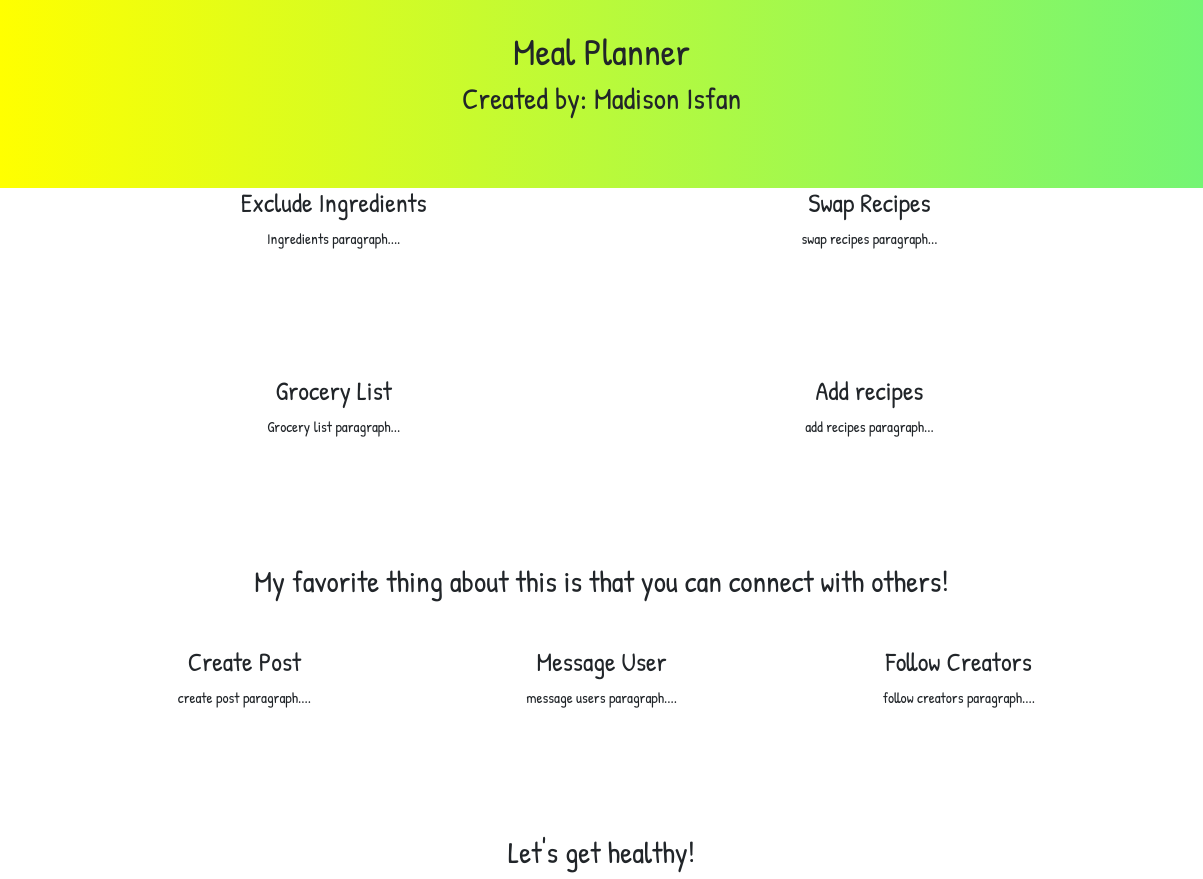
Repository: madisonisfan/Meal-Planner
Page: index.html
These files come from the project's save history. The page is drawn as it stood at one moment and after the next save; the edit follows.
The browser window is 1280 px wide. The pictures show the whole page, at 94% of full size.
Some web libraries are served in a nearby version.

Above is the page before, as saved 2021-02-17 17:28:47.

After the next save:
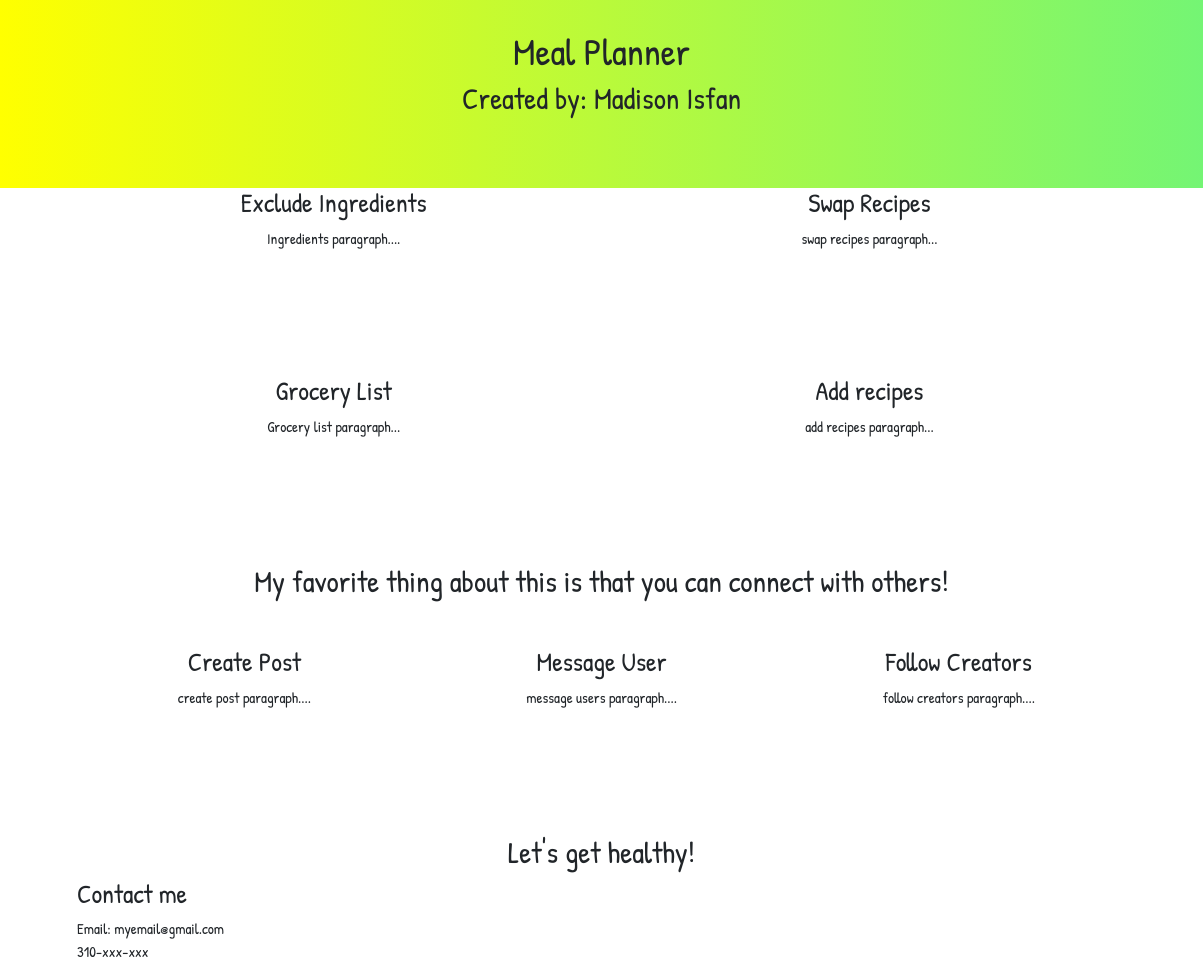
Saved 107 s later.
--- a/index.html
+++ b/index.html
@@ -82,6 +82,20 @@
                     <h2 class="text-center"> Let's get healthy! </h2>
                 </div>
             </div>
+
+            <div class="row">
+                <div class="col">
+                    <h3>Contact me</h3>
+                    <ul class="list-unstyled">
+                        <li>Email: myemail@gmail.com</li>
+                        <li>310-xxx-xxx</li>
+                    </ul>
+
+                </div>
+                <div class="col">
+
+                </div>
+            </div>
         </div>
     </footer>
 
